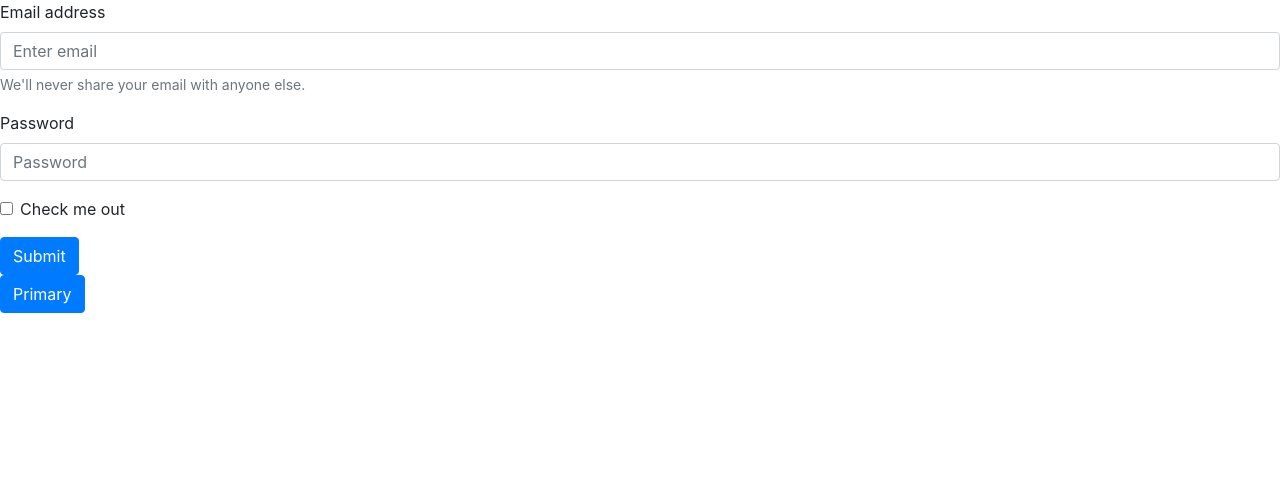
Repository: lalji-yadav/Register-Login-and-CRUD-using-token-and-Without-token-based
Page: /navbar
An editor plug-in stored every save of this project. The page is shown before and after the next save, followed by the edit.
The browser window is 1280 px wide. The pictures show the whole page.
The project was rebuilt for these pictures with package versions that can differ from the ones it lists, and the page was loaded fresh each time. Also part of the build but not shown: src/App.css.

Above is the page before, as saved 2021-02-01 18:25:31.

### src/App.js
import logo from './logo.svg';
import './App.css';
import Login from "./auth/login";

function App() {
  return (
    <div>
       <Login />
    </div>
  );
}

export default App;

### src/auth/login.js
import React from 'react';
import {Form,Button} from 'react-bootstrap';

const Login = () => {
    return (
        <div>
            <Form>
                <Form.Group controlId="formBasicEmail">
                    <Form.Label>Email address</Form.Label>
                    <Form.Control type="email" placeholder="Enter email" />
                    <Form.Text className="text-muted">
                    We'll never share your email with anyone else.
                    </Form.Text>
                </Form.Group>

                <Form.Group controlId="formBasicPassword">
                    <Form.Label>Password</Form.Label>
                    <Form.Control type="password" placeholder="Password" />
                </Form.Group>
                <Form.Group controlId="formBasicCheckbox">
                    <Form.Check type="checkbox" label="Check me out" />
                </Form.Group>
                <Button variant="primary" type="submit">
                    Submit
                </Button>
                </Form>
            <Button type="button" class="btn btn-primary">Primary</Button>
        </div>
    );
};

export default Login;

Loaded but not shown: public/index.html (common file); src/index.js (common file); src/index.css (common file); src/reportWebVitals.js (common file)

After the next save:
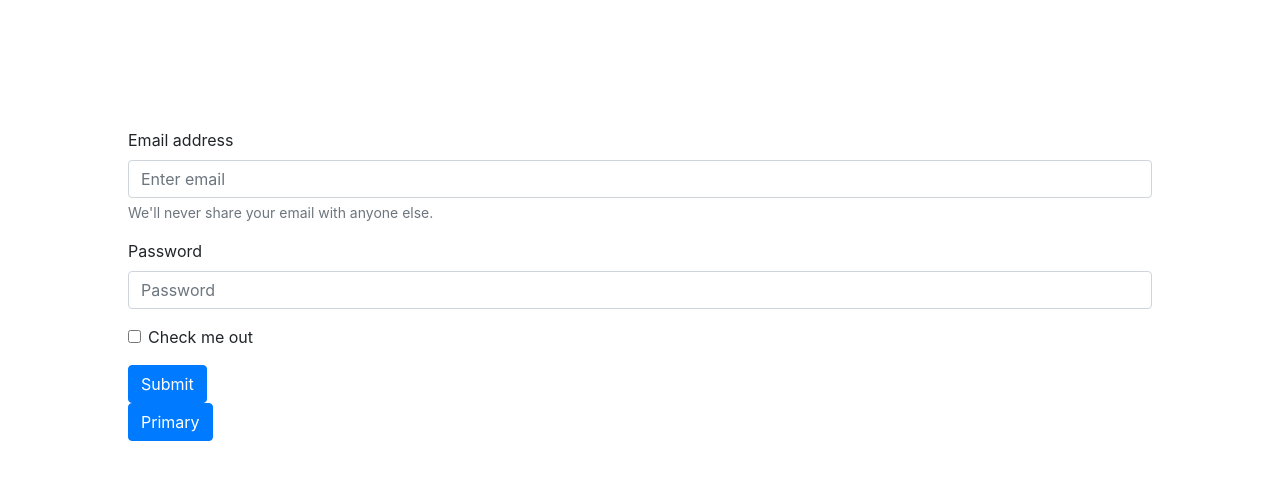
Saved 112 s later.
--- a/src/auth/login.js
+++ b/src/auth/login.js
@@ -3,7 +3,7 @@ import {Form,Button} from 'react-bootstrap';
 
 const Login = () => {
     return (
-        <div>
+        <div style={{padding:"10%"}}>
             <Form>
                 <Form.Group controlId="formBasicEmail">
                     <Form.Label>Email address</Form.Label>
